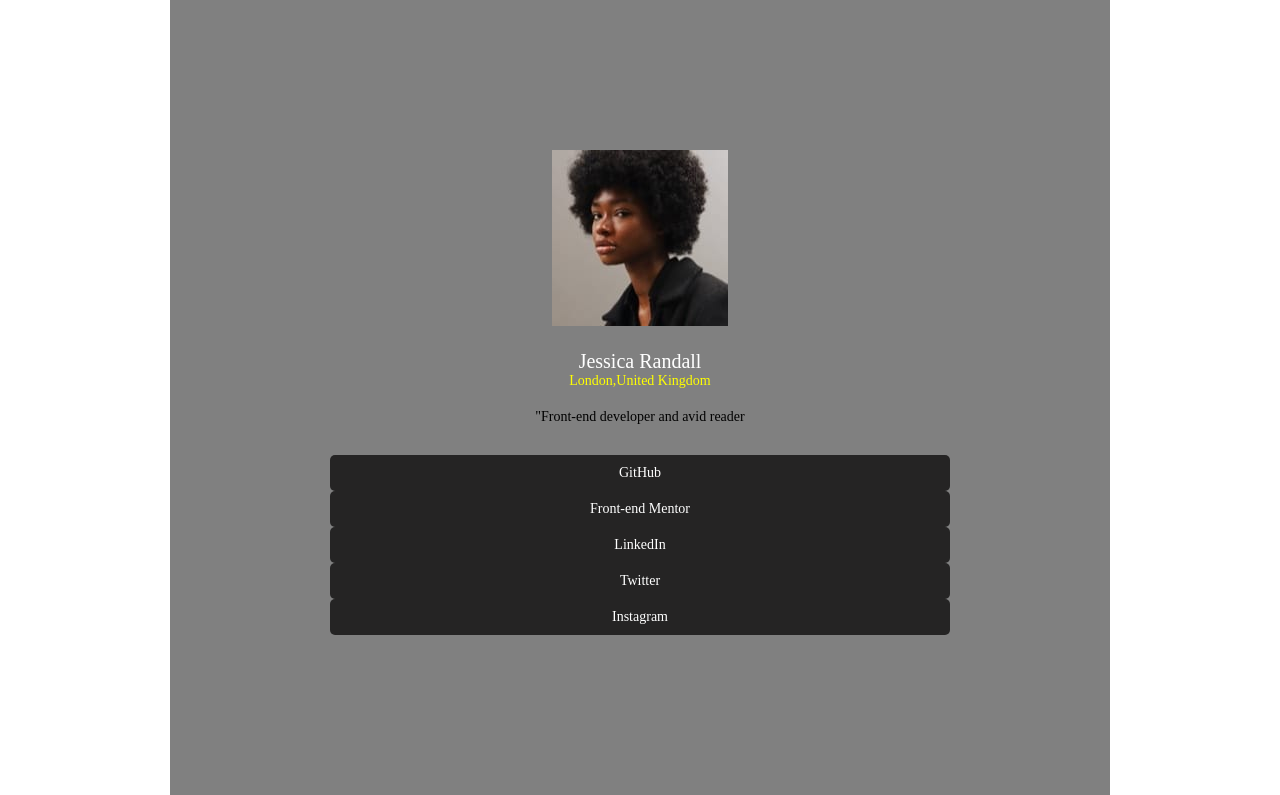
Repository: JosephAbatan05/Social-links-profile
Page: social-links-profile-main/index.html
The author's editor kept a copy of each file at every save. The page is drawn from the files as they stood at one save, then again after the next save.
The browser window is 1280 px wide. The pictures show the whole page.

Above is the page before, as saved 2025-01-23 14:19:46.

### social-links-profile-main/index.html
<!DOCTYPE html>
<html lang="en">
<head>
  <meta charset="UTF-8">
  <meta name="viewport" content="width=device-width, initial-scale=1.0"> <!-- displays site properly based on user's device -->

  <link rel="icon" type="image/png" sizes="32x32" href="./assets/images/favicon-32x32.png">

  <title>Frontend Mentor | Social links profile</title>
<link rel="stylesheet" href="styles.css">

  <!-- Feel free to remove these styles or customise in your own stylesheet 👍 --<style>
    .attribution { font-size: 11px; text-align: center; }
    .attribution a { color: hsl(228, 45%, 44%); }
  </style>
</head>
<body>

  Jessica Randall
  London, United Kingdom
  "Front-end developer and avid reader."

  GitHub
  Frontend Mentor
  LinkedIn
  Twitter
  Instagram

  <div class="attribution">
    Challenge by <a href="https://www.frontendmentor.io?ref=challenge" target="_blank">Frontend Mentor</a>.
    Coded by <a href="#">Your Name Here</a>.
  </div>
-->

<div class="container">
  <img src="assets\images\avatar-jessica.jpeg" >

<div id="name">Jessica Randall</div>
<div class="description">London,United Kingdom</div>
<div class="about">"Front-end developer and avid reader</div>
<div class="fa-links-container">
  <div class="Github">GitHub</div>
  <div class="Frontend Mentor">Front-end Mentor</div>



  <div class="LinkedIn">LinkedIn</div>





  <div class="Frontend Mentor">Twitter</div>

  <div class="Instagramr">Instagram</div>

</div>


</div>

</body>
</html>

### social-links-profile-main/styles.css
body{
    margin:0;
    padding:0;
    box-sizing: border-box;
}
.container{
    text-align: center;
    margin: 0 auto;
    padding: 150px;
    font-size:14px;
    background-color: grey;
    max-width: 50%;
}
.img{
    border-radius:50%;

}
.container #name{
    color:white;
    margin-top: 20px;
    font-size:20px;
}
.container .description{
    color:yellow;
}
.container .about{
    margin-top:20px;
}

.fa-links-container{
    margin-top:20px;
    padding:10px;
    text-align: center;
}

.fa-links-container div{
    padding:10px;
    border-radius:5px;
    background-color:rgb(37, 36, 36);
    color:white;
}

After the next save:
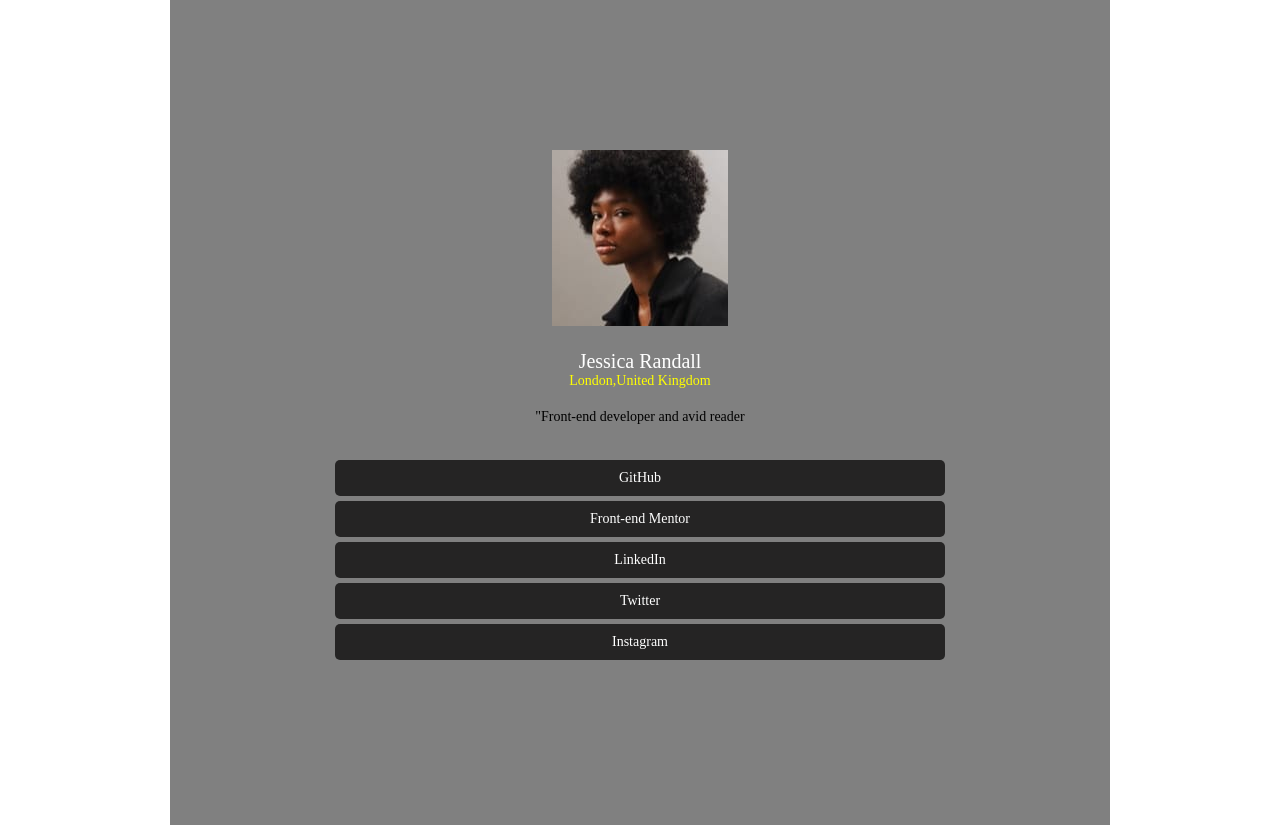
Saved 21 s later.
--- a/social-links-profile-main/styles.css
+++ b/social-links-profile-main/styles.css
@@ -38,4 +38,5 @@
     border-radius:5px;
     background-color:rgb(37, 36, 36);
     color:white;
+    margin:5px;
 }

After the save that followed:
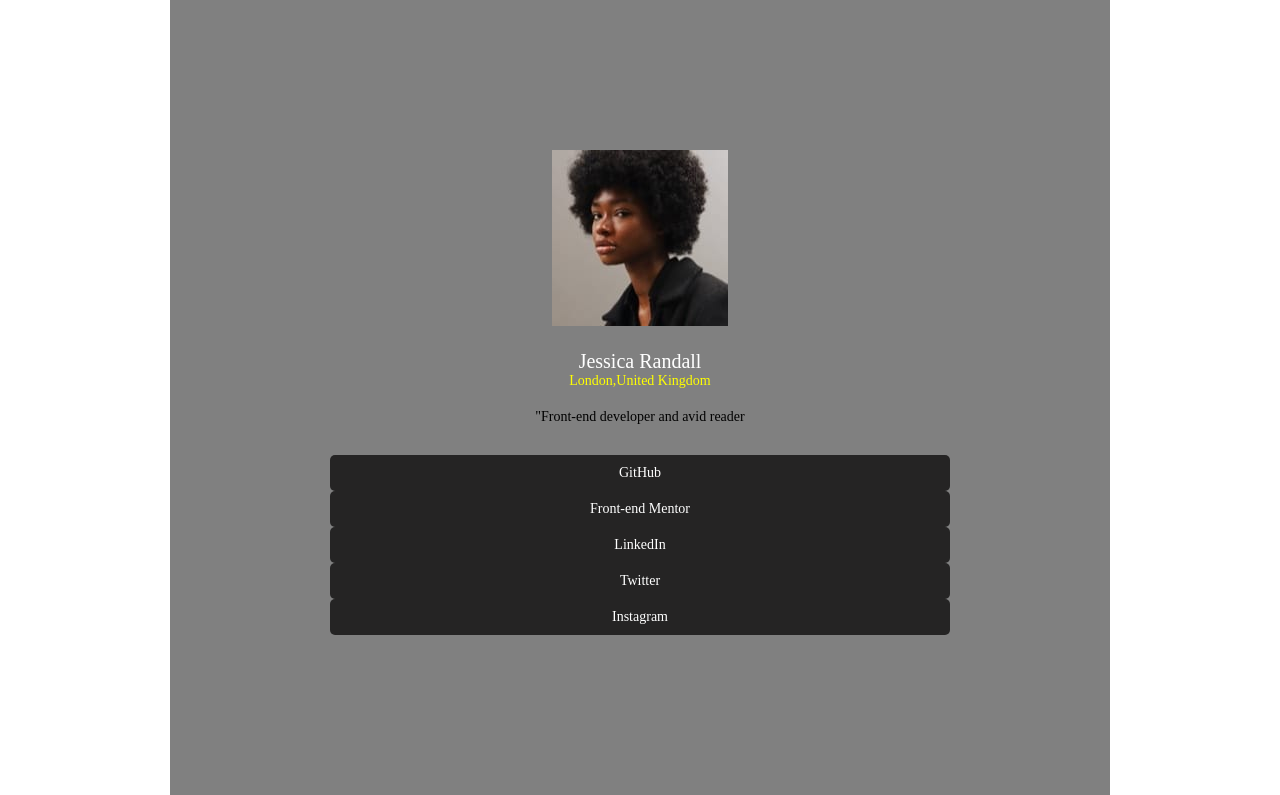
Saved 8 s later.
--- a/social-links-profile-main/styles.css
+++ b/social-links-profile-main/styles.css
@@ -38,5 +38,4 @@
     border-radius:5px;
     background-color:rgb(37, 36, 36);
     color:white;
-    margin:5px;
 }
